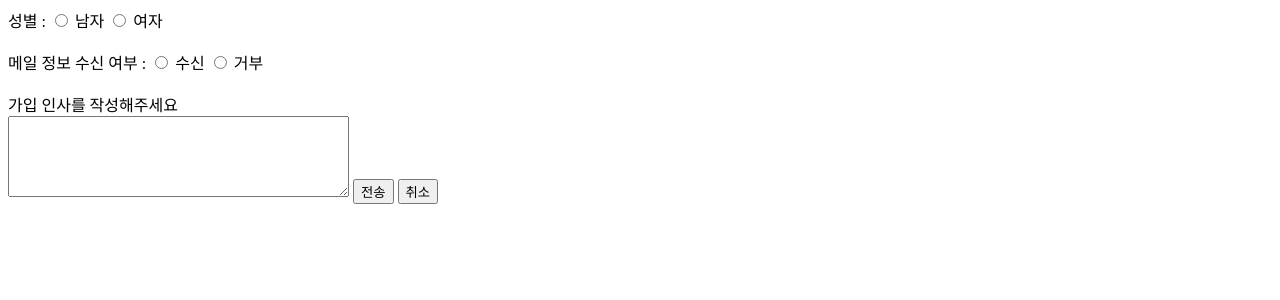
Repository: minimelody/servlet
Page: webworkspace2/web1/WebContent/views/ex1/radio.html
The author's editor kept a copy of each file at every save. The page is drawn from the files as they stood at one save, then again after the next save.
The browser window is 1280 px wide. The pictures show the whole page.

Above is the page before, as saved 2018-05-17 08:34:12.

After the next save:
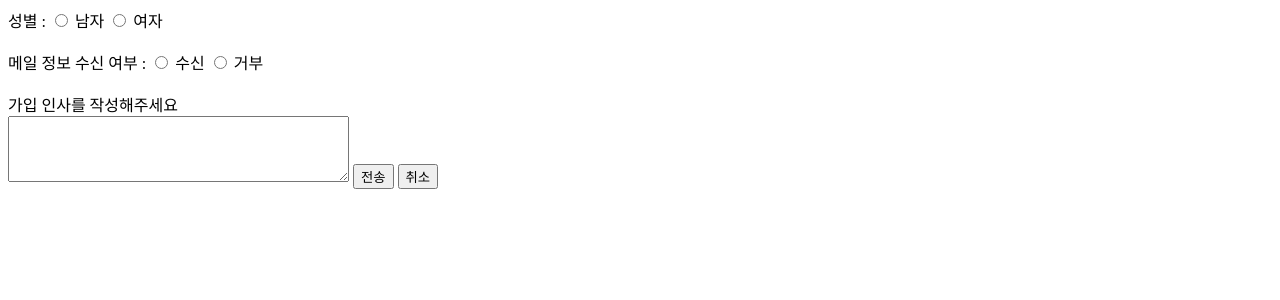
Saved 10 s later.
--- a/webworkspace2/web1/WebContent/views/ex1/radio.html
+++ b/webworkspace2/web1/WebContent/views/ex1/radio.html
@@ -15,7 +15,7 @@
 		<input type="radio" name="mail" value="no"> 거부
 		<br><br>
 		가입 인사를 작성해주세요<br>
-		<textarea cols="40" rows="5"></textarea>
+		<textarea cols="40" rows="4"></textarea>
 		<input type="submit" value="전송">
 		<input type="reset" value="취소">
 	</form>
